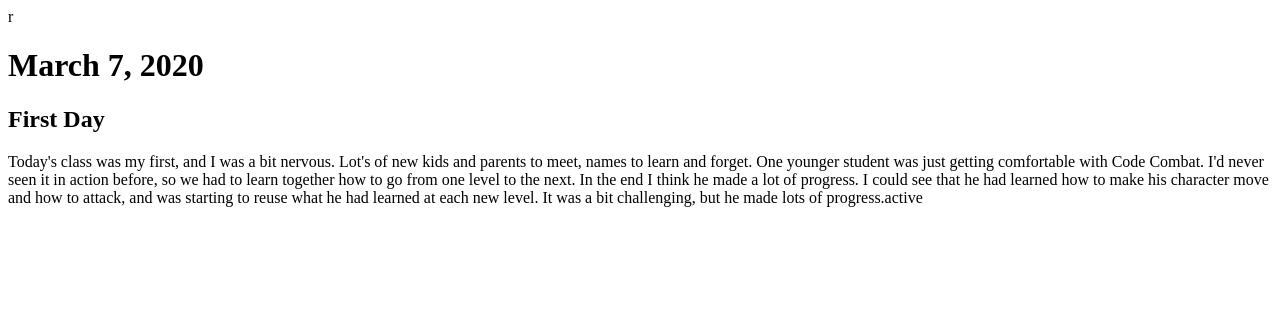
Repository: chocochocosensei/Mission-Exercises
Page: Page1/index.html
The author's editor kept a copy of each file at every save. The page is drawn from the files as they stood at one save, then again after the next save.
The browser window is 1280 px wide. The pictures show the whole page.

Above is the page before, as saved 2020-03-10 02:09:28.

### Page1/index.html
<!doctype html>
<html>

<head>
    <meta charset="utf-8">
    <link rel="stylesheet" href="../style.css"> r
    <title>Mission Exercises March 7 2020</title>
</head>

<body>
    <div id="diaryentry" class="entry">
        <h1 id="diary-date">March 7, 2020</h1>
        <h2 id="first-day">First Day</h2>
        <p>Today's class was my first, and I was a bit nervous. Lot's of new kids and parents to meet, names to learn and forget. One younger student was just getting comfortable with Code Combat. I'd never seen it in action before, so we had to learn together
            how to go from one level to the next. In the end I think he made a lot of progress. I could see that he had learned how to make his character move and how to attack, and was starting to reuse what he had learned at each new level. It was a
            bit challenging, but he made lots of progress.active</p>
    </div>

    <div id="hours" class="hidden hours">
        <h3>Hours</h3>
        <p>Class: 10:30-12:30</p>
        <p>Hours: 2</p>
    </div>

</body>

</html>

### style.css
*.hidden {
    display: none;
}

After the next save:
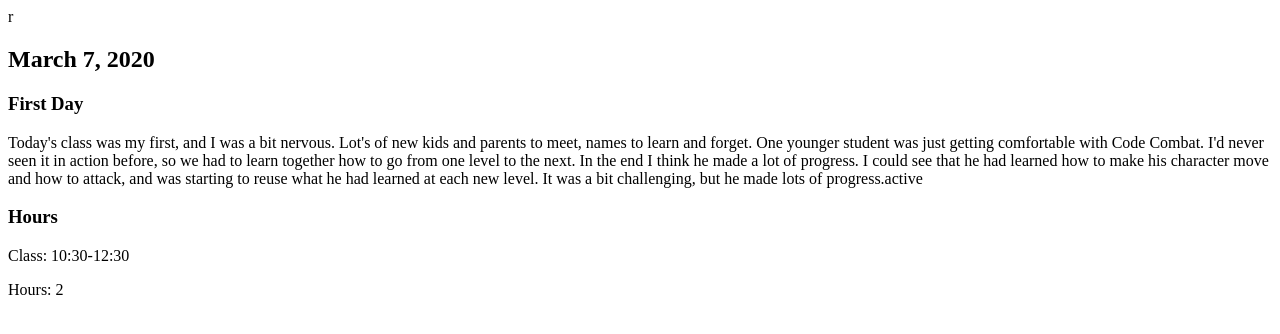
Saved 14 min 38 s later.
--- a/Page1/index.html
+++ b/Page1/index.html
@@ -8,19 +8,40 @@
 </head>
 
 <body>
-    <div id="diaryentry" class="entry">
-        <h1 id="diary-date">March 7, 2020</h1>
-        <h2 id="first-day">First Day</h2>
-        <p>Today's class was my first, and I was a bit nervous. Lot's of new kids and parents to meet, names to learn and forget. One younger student was just getting comfortable with Code Combat. I'd never seen it in action before, so we had to learn together
-            how to go from one level to the next. In the end I think he made a lot of progress. I could see that he had learned how to make his character move and how to attack, and was starting to reuse what he had learned at each new level. It was a
-            bit challenging, but he made lots of progress.active</p>
-    </div>
 
-    <div id="hours" class="hidden hours">
-        <h3>Hours</h3>
-        <p>Class: 10:30-12:30</p>
-        <p>Hours: 2</p>
-    </div>
+    <section>
+        <div class="section-title">
+            <h2 id="diary-date">March 7, 2020</h2>
+        </div>
+
+        <div class="section-activity">
+            <div class="class">
+                <div class="title">
+                    <h3>First Day</h3>
+                </div>
+                <div class="content">
+                    <p>Today's class was my first, and I was a bit nervous. Lot's of new kids and parents to meet, names to learn and forget. One younger student was just getting comfortable with Code Combat. I'd never seen it in action before, so we had
+                        to learn together how to go from one level to the next. In the end I think he made a lot of progress. I could see that he had learned how to make his character move and how to attack, and was starting to reuse what he had learned
+                        at each new level. It was a bit challenging, but he made lots of progress.active</p>
+                </div>
+
+            </div>
+
+            <div class="class hours hidden0">
+                <div class="title">
+                    <h3 class="title">Hours</h3>
+                </div>
+                <div class="content">
+                    <p>Class: 10:30-12:30</p>
+                    <p>Hours: 2</p>
+                </div>
+
+            </div>
+        </div>
+    </section>
+
+
+
 
 </body>
 
